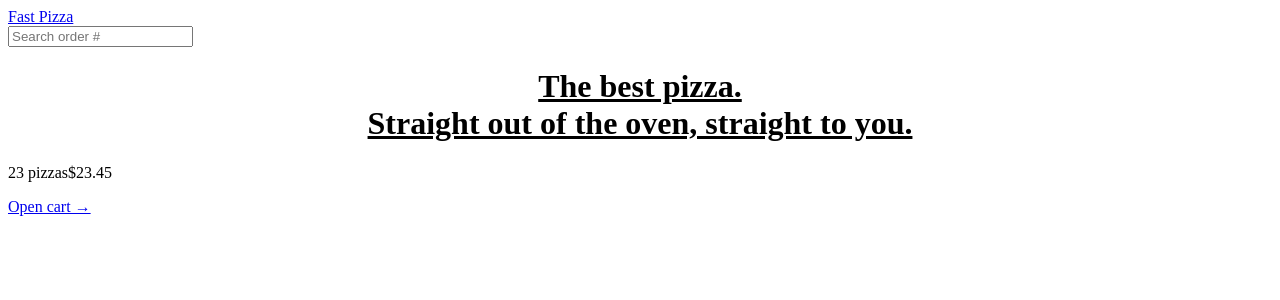
Repository: islamsaeedDev/ecommerce-cash-on-deliver-pizza-store
Page: /
An editor plug-in stored every save of this project. The page is shown before and after the next save, followed by the edit.
The browser window is 1280 px wide. The pictures show the whole page.
The project was rebuilt for these pictures with package versions that can differ from the ones it lists, and the page was loaded fresh each time. Also part of the build but not shown: vite.config.js, src/ui/Error.jsx, src/services/apiRestaurant.js, src/utils/helpers.js, src/features/menu/MenuItem.jsx, src/features/menu/Menu.jsx, src/features/cart/Cart.jsx, src/features/order/Order.jsx and 1 more. Imported but missing from the stored project, and not drawn on this page: src/features/order/CreateOrder.

Above is the page before, as saved 2025-10-22 03:43:31.

### src/App.jsx
import { createBrowserRouter, RouterProvider } from "react-router-dom";
import Home from "./ui/Home";
import Error from "./ui/Error";
import Menu, { loader as menuLoader } from "./features/menu/Menu";

import Cart from "./features/cart/Cart";
import CreateOrder, {
  action as createOrderAction,
} from "./features/order/CreateOrder";
import Order, { loader as orderLoader } from "./features/order/Order";
import AppLayout from "./ui/AppLayout";

const router = createBrowserRouter([
  {
    element: <AppLayout />,
    errorElement: <Error />,
    children: [
      {
        path: "/",
        element: <Home />,
      },
      {
        path: "/menu",
        element: <Menu />,
        loader: menuLoader,
        errorElement: <Error />,
      },
      { path: "/cart", element: <Cart /> },
      {
        path: "/order/new",
        element: <CreateOrder />,
        action: createOrderAction,
      },
      {
        path: "/order/:orderId",
        element: <Order />,
        loader: orderLoader,
        errorElement: <Error />,
      },
    ],
  },
]);

function App() {
  return <RouterProvider router={router} />;
}

export default App;

### src/index.css
@tailwind base;
@tailwind components;
@tailwind utilities;
/* body {
  font-family: system-ui, -apple-system, BlinkMacSystemFont, "Segoe UI", Roboto,
    Oxygen, Ubuntu, Cantarell, "Open Sans", "Helvetica Neue", sans-serif;
  background-color: #f7f7f7;
  color: #444;
}

.layout {
  display: grid;
  grid-template-rows: auto 1fr auto;
  gap: 32px;
  height: 100dvh;
} */

/* https://dev.to/afif/i-made-100-css-loaders-for-your-next-project-4eje */
.loader {
  width: 45px;
  aspect-ratio: 0.75;
  --c: no-repeat linear-gradient(#333 0 0);
  background: var(--c) 0% 50%, var(--c) 50% 50%, var(--c) 100% 50%;
  background-size: 20% 50%;
  animation: loading 1s infinite linear;
}

@keyframes loading {
  20% {
    background-position: 0% 0%, 50% 50%, 100% 50%;
  }
  40% {
    background-position: 0% 100%, 50% 0%, 100% 50%;
  }
  60% {
    background-position: 0% 50%, 50% 100%, 100% 0%;
  }
  80% {
    background-position: 0% 50%, 50% 50%, 100% 100%;
  }
}

### src/ui/Home.jsx
import SearchOrder from '../features/order/SearchOrder';

function Home() {
  return (
    <div>
      <h1 className="text-center text-3xl font-bold text-stone-700 underline">
        The best pizza.
        <br />
        <span className="text-fuchsia-500">
          Straight out of the oven, straight to you.
        </span>
      </h1>
    </div>
  );
}

export default Home;

### src/ui/AppLayout.jsx
import { Outlet, useNavigation } from 'react-router-dom';
import CartOverview from '../features/cart/CartOverview';
import Header from './Header';
import Loader from './Loader';

function AppLayout() {
  const navigation = useNavigation();

  const isLoading = navigation.state === 'loading';

  return (
    <div className="layout">
      {isLoading && <Loader />}
      <Header />
      <main>
        <Outlet />
      </main>

      <CartOverview />
    </div>
  );
}

export default AppLayout;

### src/features/order/SearchOrder.jsx
import { useState } from "react";
import { useNavigate } from "react-router-dom";

function SearchOrder() {
  const [query, setQuery] = useState();
  const navigate = useNavigate();

  const handleSubmit = (e) => {
    e.preventDefault();
    if (!query) return;
    navigate(`/order/${query}`);
    setQuery("");
  };

  return (
    <form onSubmit={handleSubmit}>
      <input
        placeholder="Search order #"
        value={query}
        onChange={(e) => setQuery(e.target.value)}
      />
    </form>
  );
}

export default SearchOrder;

### src/features/cart/CartOverview.jsx
import { Link } from 'react-router-dom';

function CartOverview() {
  return (
    <div className="bg-stone-800 p-4 text-stone-300">
      <p>
        <span>23 pizzas</span>
        <span>$23.45</span>
      </p>
      <Link to="/cart">Open cart &rarr;</Link>
    </div>
  );
}

export default CartOverview;

### src/ui/Header.jsx
import { Link } from 'react-router-dom';
import SearchOrder from '../features/order/SearchOrder';

function Header() {
  return (
    <header className="bg-fuchsia-500">
      <Link to="/">Fast Pizza</Link>
      {/* <Link to="/menu">Menu</Link>
      <Link to="/cart">Cart</Link>
      <Link to="/order/new">Order pizzas</Link>
      <Link to="/order">Orders</Link> */}
      <SearchOrder />
    </header>
  );
}

export default Header;

Loaded but not shown: index.html (common file); src/main.jsx (common file)

After the next save:
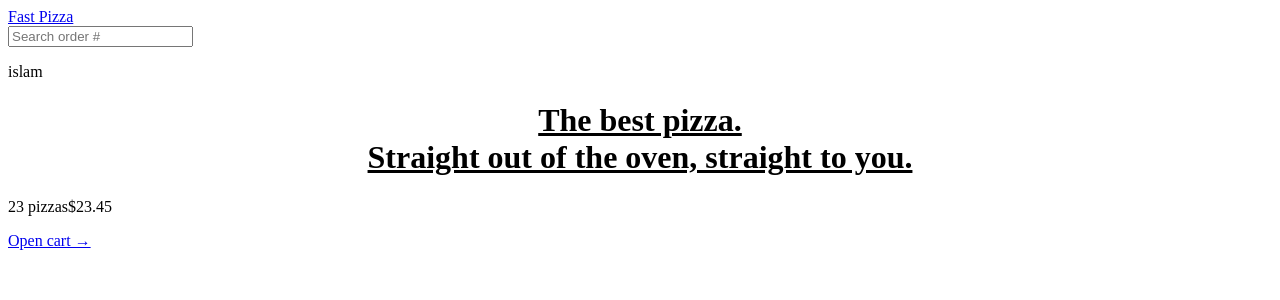
Saved 17 s later.
--- a/src/ui/Header.jsx
+++ b/src/ui/Header.jsx
@@ -10,6 +10,7 @@ function Header() {
       <Link to="/order/new">Order pizzas</Link>
       <Link to="/order">Orders</Link> */}
       <SearchOrder />
+      <p>islam</p>
     </header>
   );
 }
